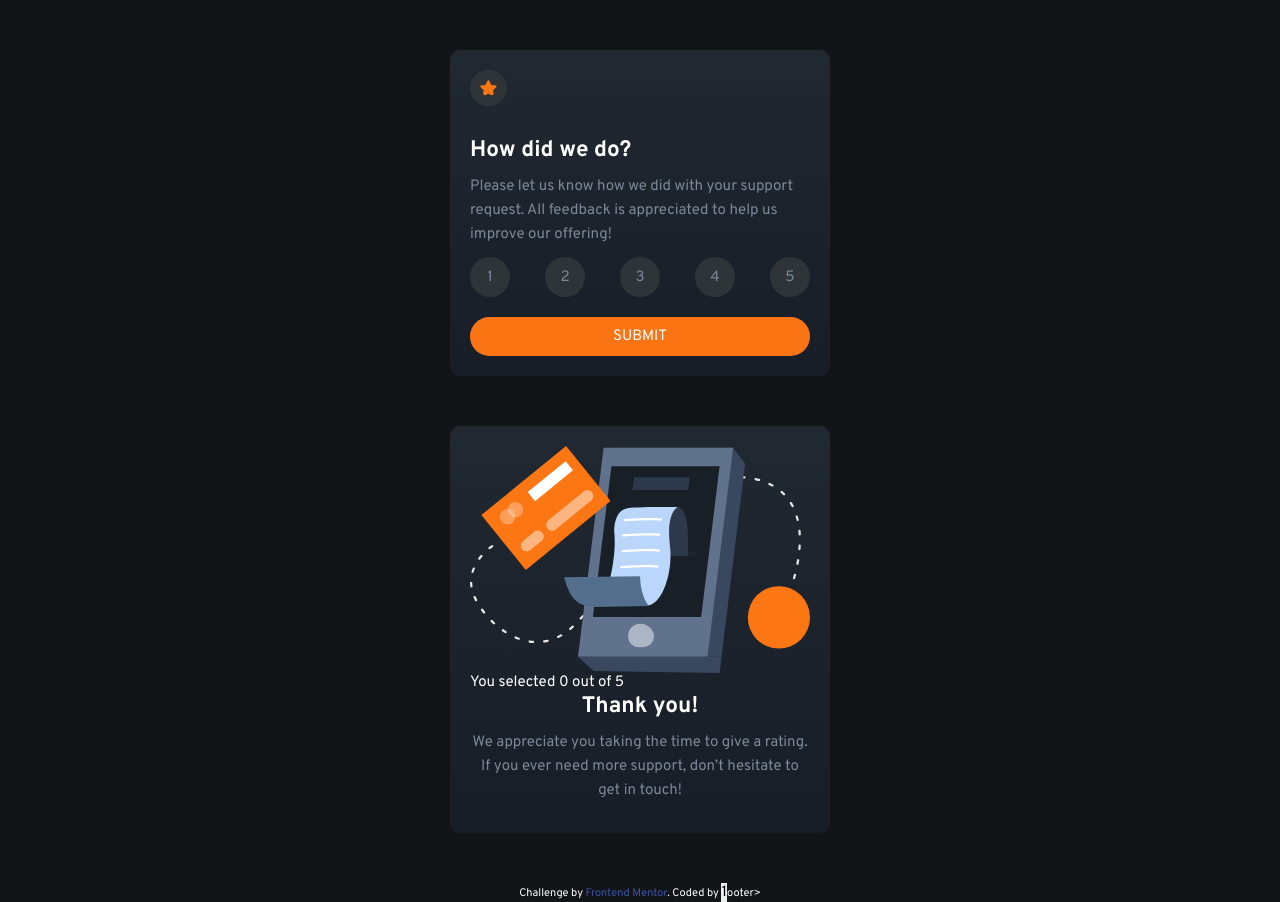
Repository: huynhnhutanhduy/interactive-rating-component
Page: index.html
The author's editor kept a copy of each file at every save. The page is drawn from the files as they stood at one save, then again after the next save.
The browser window is 1280 px wide. The pictures show the whole page.

Above is the page before, as saved 2022-10-19 10:38:07.

### index.html
<!DOCTYPE html>
<html lang="en">
  <head>
    <meta charset="UTF-8" />
    <meta name="viewport" content="width=device-width, initial-scale=1.0" />
    <!-- displays site properly based on user's device -->
    <link rel="icon" type="image/png" sizes="32x32" href="./images/favicon-32x32.png" />
    <title>Frontend Mentor | Interactive rating component</title>
    <link rel="preconnect" href="https://fonts.googleapis.com" />
    <link rel="preconnect" href="https://fonts.gstatic.com" crossorigin />
    <link
      href="https://fonts.googleapis.com/css2?family=Overpass:wght@400;700&display=swap"
      rel="stylesheet"
    />
    <link rel="stylesheet" href="./app.css" />
  </head>
  <body>
    <main>
      <!-- Rating state start -->
      <article class="rating-container">
        <img src="./images/icon-star.svg" alt="icon-star" class="rating-star" />
        <h2 class="rating-title">How did we do?</h2>
        <p class="rating-desc">
          Please let us know how we did with your support request. All feedback is appreciated
          to help us improve our offering!
        </p>
        <ul class="rating-list">
          <li><button class="rating-item">1</button></li>
          <li><button class="rating-item">2</button></li>
          <li><button class="rating-item">3</button></li>
          <li><button class="rating-item">4</button></li>
          <li><button class="rating-item">5</button></li>
        </ul>
        <button type="submit" class="rating-submit">Submit</button>
      </article>
      <!-- Rating state end -->

      <!-- Thank you state start -->
      <article class="rating-container">
        <img src="./images/illustration-thank-you.svg" alt="thank you picture" class="rating-thank">
        <p class="rating-result">You selected <span>0</span> out of 5</p>
        <!-- Add rating here -->
        <h2 class="rating-title thank-you">Thank you!</h2>
        <p class="rating-desc thank-you">
          We appreciate you taking the time to give a rating. If you ever need more support,
          don’t hesitate to get in touch!
        </p>
        <!-- Thank you state end -->
      </article>
    </main>

    <footer class="attribution">
      Challenge by
      <a href="https://www.frontendmentor.io?ref=challenge" target="_blank">Frontend Mentor</a
      >. Coded by <button class="btn">1</button>ooter>

    <script src="./app.js"></script>
  </body>
</html>

### app.css
:root {
  --primary: hsl(25, 97%, 53%);
  --white: hsl(0, 0%, 100%);
  --light-grey: hsl(217, 12%, 63%);
  --medium-grey: hsl(216, 12%, 54%);
  --dark-blue: hsl(213, 19%, 18%);
  --very-dark-blue: hsl(216, 12%, 8%);
}
* {
  margin: 0;
  padding: 0;
  border: 0;
}
*,
*::before,
*::after,
html {
  box-sizing: border-box;
}
html {
  font-size: 62.5%;
}
body {
  font-size: 1.5rem;
  font-family: "Overpass", sans-serif;
  font-weight: normal;
  background-color: var(--very-dark-blue);
  color: var(--white);
}
a {
  text-decoration: none;
}
img {
  display: block;
  max-width: 100%;
}
button {
  outline: none;
  font-size: 1.5rem;
  font-family: "Overpass", sans-serif;
  font-weight: 400;
  cursor: pointer;
}

.attribution {
  font-size: 11px;
  text-align: center;
}
.attribution a {
  color: hsl(228, 45%, 44%);
}

.rating-container {
  max-width: 38rem;
  background-image: linear-gradient(to top, hsl(214, 26%, 12%), hsl(212, 20%, 16%));
  color: var(--white);
  padding: 2rem;
  border-radius: 1rem;
  margin: 5rem auto;
}
.rating-star {
  background-color: hsl(205, 10%, 20%);
  margin-bottom: 3rem;
  border-radius: 50%;
  padding: 1rem;
}
.rating-title,
.rating-desc {
  margin-bottom: 1rem;
}
.rating-desc,
.rating-item {
  color: var(--medium-grey);
}
.rating-desc {
  line-height: 1.6;
}
.rating-list {
  display: flex;
  justify-content: space-between;
  align-items: center;
  margin-bottom: 2rem;
}
.rating-list li {
  list-style: none;
}
.rating-item {
  border-radius: 50%;
  width: 4rem;
  height: 4rem;
  background-color: hsl(205, 10%, 20%);
}
.rating-submit {
  width: 100%;
  padding: 1rem;
  background-color: var(--primary);
  color: var(--white);
  border-radius: 2rem;
  text-transform: uppercase;
}
.thank-you {
  text-align: center;
}
.rating-thank {
  display: block;
  width: 100%;
  text-align: center;
}

Loaded but not shown: app.js (no stored copy; drawn as an empty file)

After the next save:
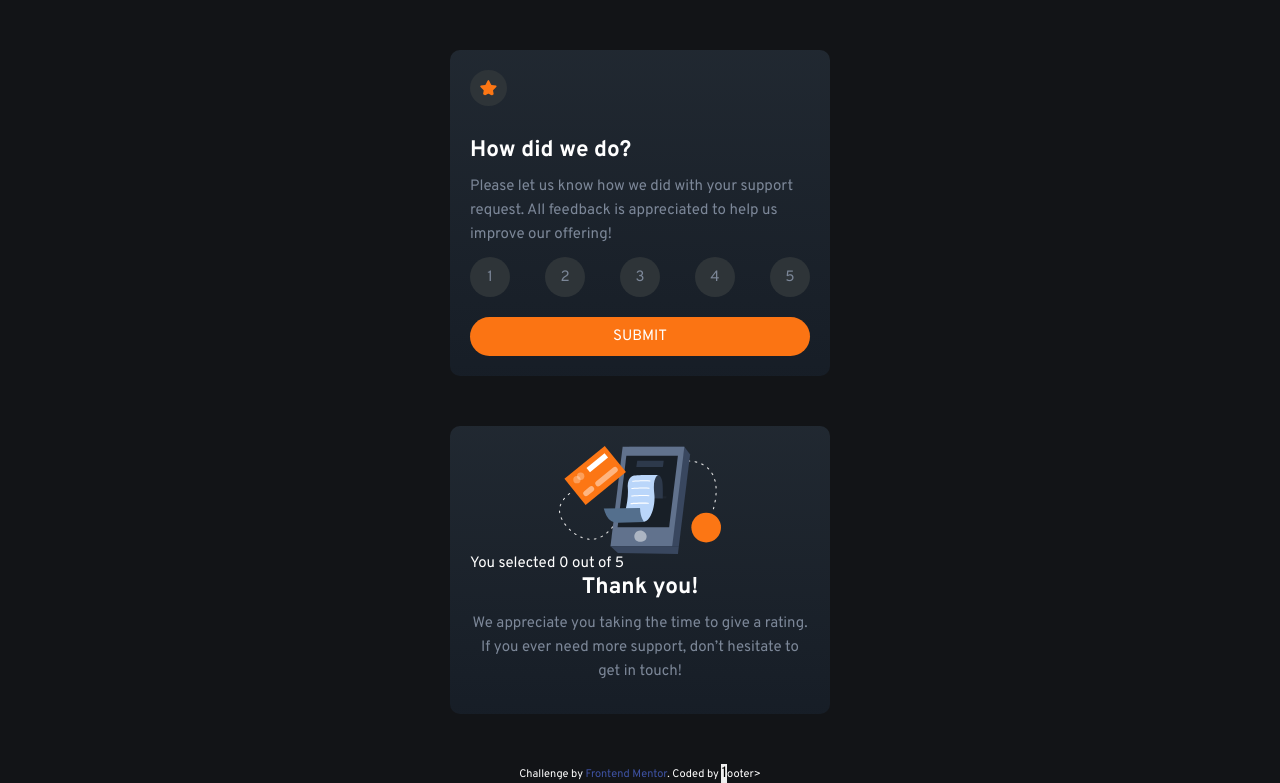
Saved 15 s later.
--- a/app.css
+++ b/app.css
@@ -102,7 +102,5 @@ button {
   text-align: center;
 }
 .rating-thank {
-  display: block;
-  width: 100%;
-  text-align: center;
+  margin: 0 auto;
 }
